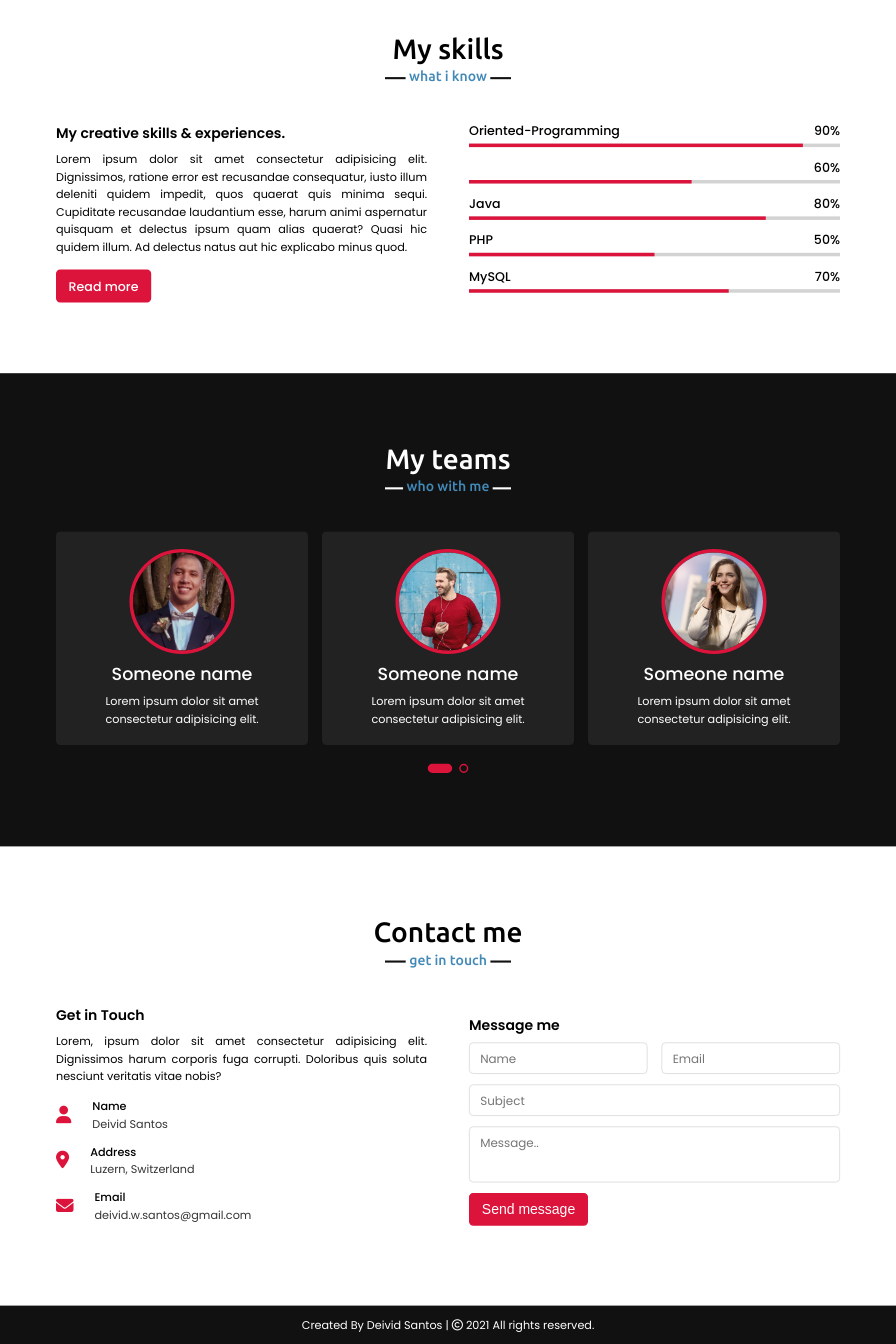
Repository: deividwsantoss/portfolio
Page: index.html
An editor plug-in stored every save of this project. The page is shown before and after a run of saves, followed by the edit.
The browser window is 1280 px wide. The pictures show the part of the page from y = 2053 to 3973 px (the page is 3973 px tall), at 70% of full size.
Some web libraries are served in a nearby version.

Above is the page before, as saved 2021-03-02 08:19:16.

After the next 3 saves:
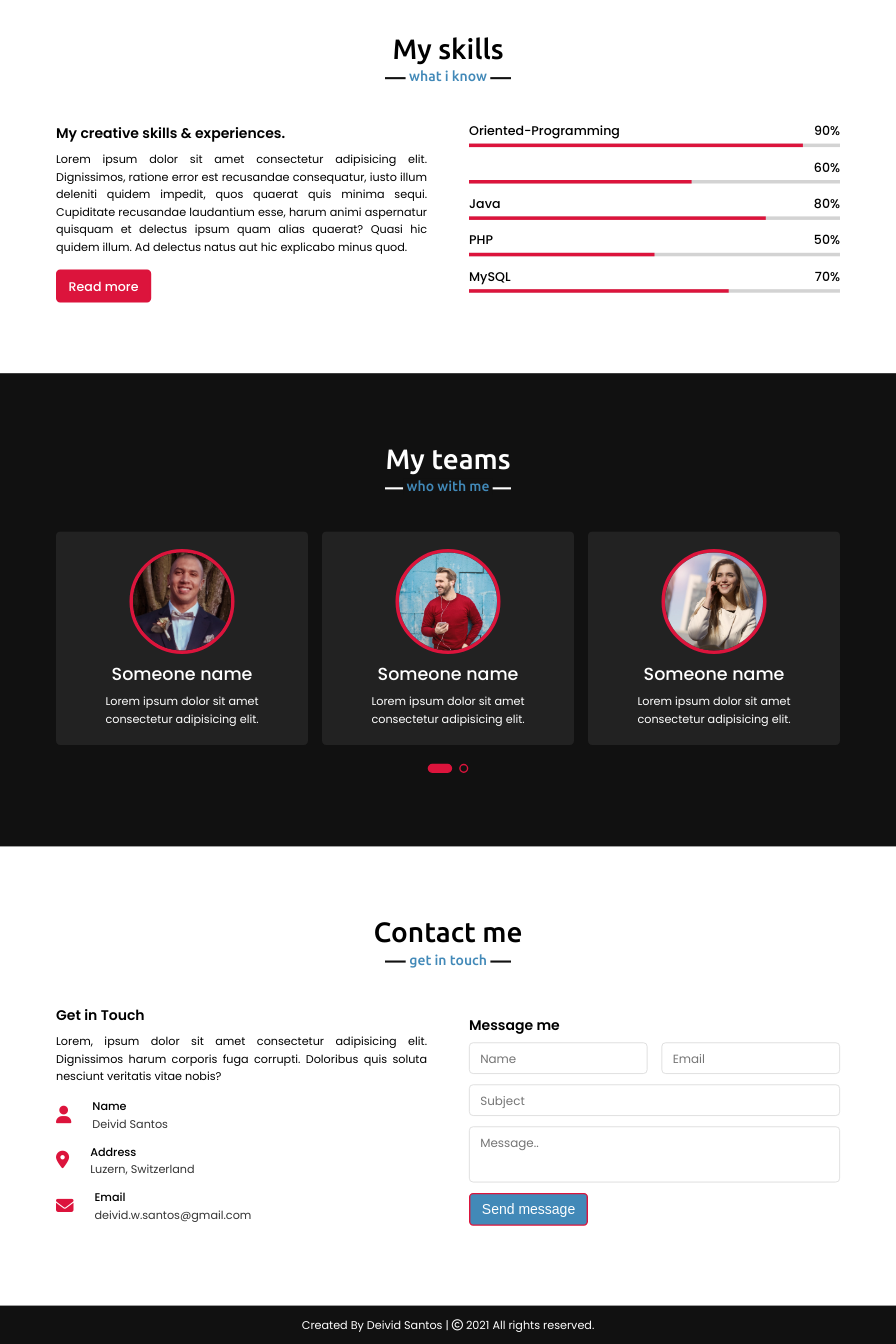
The 3 saves are shown as one change because they came seconds apart.
The last was saved 20 s later.
--- a/Content/style.css
+++ b/Content/style.css
@@ -517,7 +517,7 @@ section .title::after{
     width: 100%;
     height: 100%;
     border: 2px solid crimson;
-    background: crimson;
+    background: rgb(66, 137, 184);;
     color: #fff;
     outline: none;
     font-size: 20px;
@@ -527,7 +527,7 @@ section .title::after{
     transition: all 0.3s ease;
 }
 .contact .right form .button button:hover{
-    color: crimson;
+    color: rgb(66, 137, 184);;
     background: none;
 }
 /* footer section styling */
@@ -538,7 +538,7 @@ footer{
     text-align: center;
 }
 footer span a{
-    color: crimson;
+    color: rgb(66, 137, 184);;
     text-decoration: none;
 }
 footer span a:hover{
